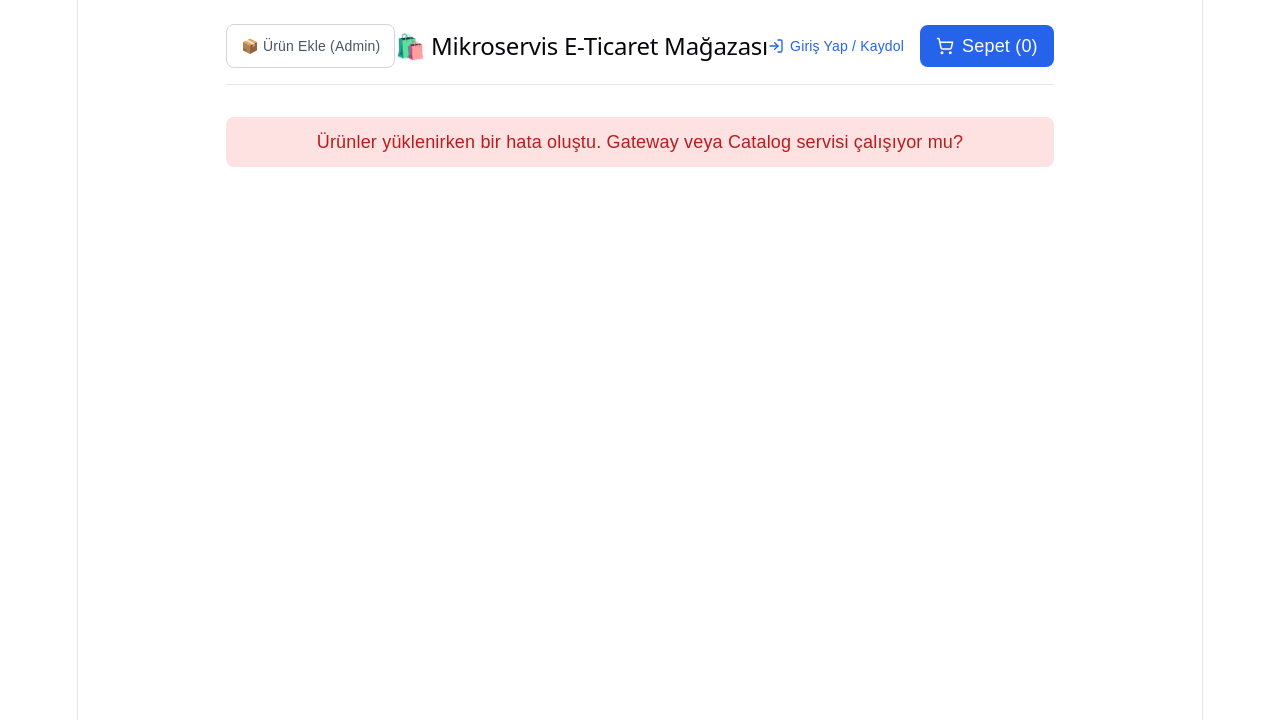
Repository: emir1958/EticaretMicroservice
Page: / (app in src/Clients/ecommerce-ui/)
An editor plug-in stored every save of this project. The page is shown before and after the next save, followed by the edit.
The browser window is 1280 px wide. The pictures show the whole page.
The page's requests for data from a server got no answer. The project was rebuilt for these pictures with package versions that can differ from the ones it lists, and the page was loaded fresh each time. No one was signed in, and anything a server would have sent is missing. Also part of the build but not shown: src/Clients/ecommerce-ui/vite.config.js, src/Clients/ecommerce-ui/src/pages/customer/ProductDetail.jsx, src/Clients/ecommerce-ui/src/hooks/useOrderHub.js, src/Clients/ecommerce-ui/src/pages/customer/Checkout.jsx, src/Clients/ecommerce-ui/src/pages/auth/Auth.jsx, src/Clients/ecommerce-ui/src/pages/admin/AdminProduct.jsx, src/Clients/ecommerce-ui/src/pages/admin/AdminOrders.jsx, src/Clients/ecommerce-ui/src/pages/admin/AdminOrderDetail.jsx and 2 more.

Above is the page before, as saved 2026-09-20 18:15:54.

After the next save:
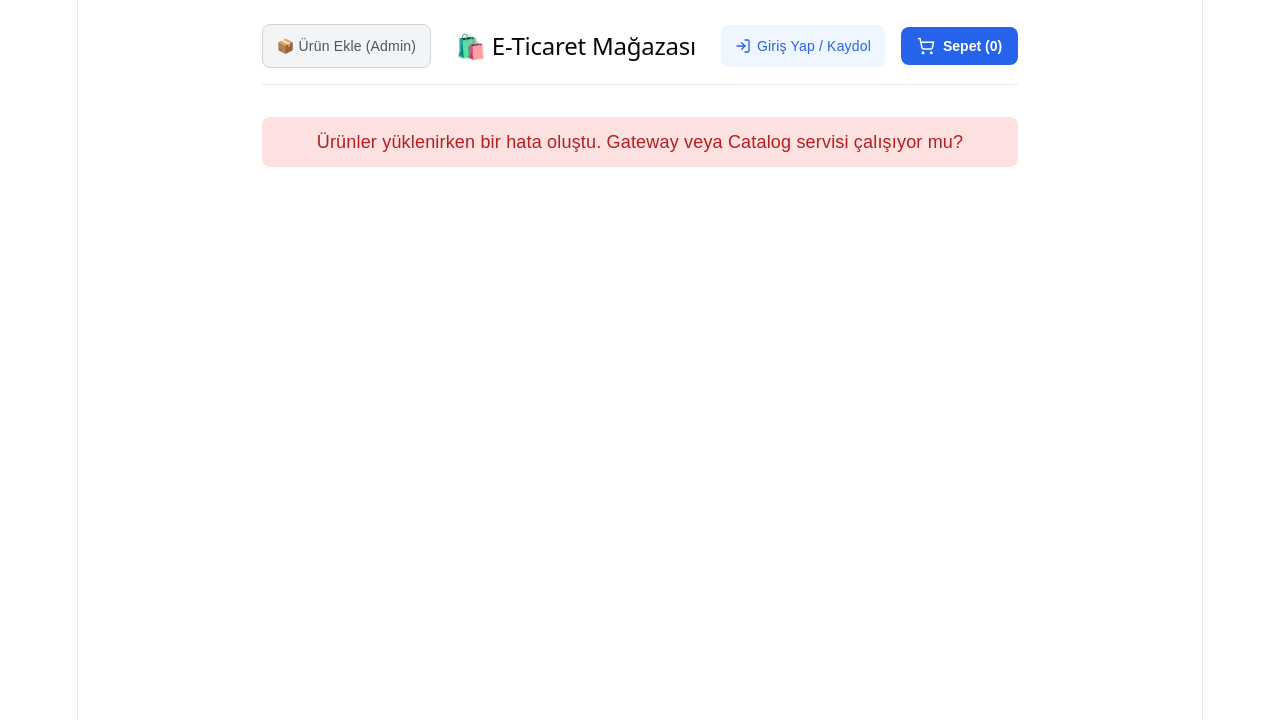
Saved 3 min 42 s later.
--- a/src/Clients/ecommerce-ui/src/pages/customer/ProductList.jsx
+++ b/src/Clients/ecommerce-ui/src/pages/customer/ProductList.jsx
@@ -16,7 +16,8 @@ export default function ProductList() {
   const [loading, setLoading] = useState(true);
   const [error, setError] = useState(null);
 
-  const { addToCart, cart } = useCart();
+  // 🟢 1. setIsCartOpen fonksiyonunu Context'ten çekiyoruz
+  const { addToCart, cart, setIsCartOpen } = useCart();
   const { user, isAuthenticated, logout } = useAuth();
 
   useEffect(() => {
@@ -54,8 +55,10 @@ export default function ProductList() {
       <header
         style={{
           display: "flex",
+          flexWrap: "wrap", // 🟢 2. Sıkışmayı önlemek için esnek sarma eklendi
           justifyContent: "space-between",
           alignItems: "center",
+          gap: "20px", // 🟢 Elemanlar arası ferahlık sağlandı
           marginBottom: "32px",
           paddingBottom: "16px",
           borderBottom: "1px solid #e5e7eb",
@@ -69,19 +72,38 @@ export default function ProductList() {
             gap: "6px",
             textDecoration: "none",
             color: "#4b5563",
+            background: "#f3f4f6", // Admin butonuna hafif arkaplan
             border: "1px solid #d1d5db",
             padding: "8px 14px",
             borderRadius: "8px",
             fontSize: "14px",
             fontWeight: "500",
+            whiteSpace: "nowrap", // Yazının alt satıra kırılmasını önler
           }}
         >
           📦 Ürün Ekle (Admin)
         </Link>
 
-        <h2 style={{ margin: 0 }}>🛍️ Mikroservis E-Ticaret Mağazası</h2>
-
-        <div style={{ display: "flex", alignItems: "center", gap: "16px" }}>
+        {/* Başlık mobilde veya sıkışınca ortalanır */}
+        <h2
+          style={{
+            margin: 0,
+            textAlign: "center",
+            flex: "1 1 auto",
+            minWidth: "250px",
+          }}
+        >
+          🛍️ E-Ticaret Mağazası
+        </h2>
+
+        <div
+          style={{
+            display: "flex",
+            flexWrap: "wrap",
+            alignItems: "center",
+            gap: "16px",
+          }}
+        >
           {isAuthenticated ? (
             <div style={{ display: "flex", alignItems: "center", gap: "12px" }}>
               <span
@@ -128,29 +150,35 @@ export default function ProductList() {
                 color: "#2563eb",
                 fontWeight: "500",
                 fontSize: "14px",
+                background: "#eff6ff",
+                padding: "8px 14px",
+                borderRadius: "8px",
               }}
             >
               <LogIn size={16} /> Giriş Yap / Kaydol
             </Link>
           )}
 
-          <Link
-            to="/checkout"
+          {/* 🟢 3. Link yerine Button kullanıldı, tıklanınca Drawer açılıyor */}
+          <button
+            onClick={() => setIsCartOpen(true)}
             style={{
               display: "flex",
               alignItems: "center",
               gap: "8px",
-              textDecoration: "none",
               background: "#2563eb",
               color: "#fff",
-              padding: "8px 16px",
+              border: "none",
+              padding: "10px 16px",
               borderRadius: "8px",
-              fontWeight: "500",
+              fontWeight: "bold",
+              fontSize: "14px",
+              cursor: "pointer",
             }}
           >
             <ShoppingCart size={18} />
             <span>Sepet ({totalCartCount})</span>
-          </Link>
+          </button>
         </div>
       </header>
 
@@ -192,7 +220,6 @@ export default function ProductList() {
               boxShadow: "0 1px 3px rgba(0,0,0,0.05)",
             }}
           >
-            {/* 🟢 Detaya Yönlendiren Link */}
             <Link
               to={`/product/${p.id}`}
               style={{ textDecoration: "none", color: "inherit" }}
